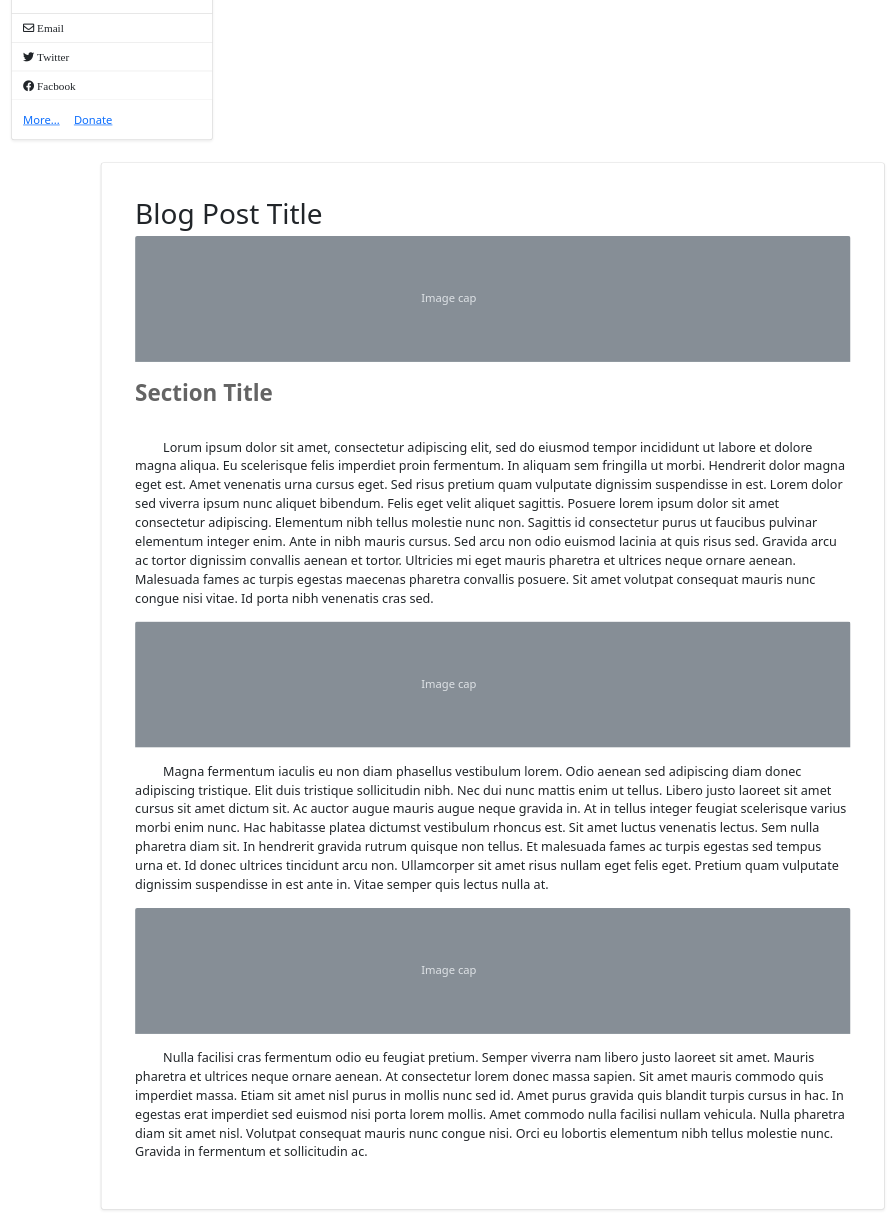
Repository: LublubXT/Azi-Tec-Team
Page: views/templates/blogs/personalblog/home.html
The author's editor kept a copy of each file at every save. The page is drawn from the files as they stood at one save, then again after a run of saves.
The browser window is 1280 px wide. The pictures show the part of the page from y = 1250 to 3170 px (the page is 2994 px tall before and 3170 px after), at 70% of full size.

Above is the page before, as saved 2021-03-11 09:28:16.

### views/templates/blogs/personalblog/home.html
<!DOCTYPE html>
<html lang="en">

    <head>
        <meta charset="UTF-8">
        <meta http-equiv="X-UA-Compatible" content="IE=edge">
        <meta name="viewport" content="width=device-width, initial-scale=1.0">

        <!-- import style sheet file -->
        <link rel="stylesheet" href="css/style.css">
        <link rel="stylesheet" href="css/bootstrap.min.css">
        <link rel="stylesheet" href="fontawesome/css/all.css">


        <title>My Blog</title>
    </head>

    <body>
        <div class="header imgDiv">
            <nav class="navbar navbar-expand-lg navbar-light fixed-top shadow-sm"
                style="background-color: transparent;">
                <div class="container-fluid">
                    <a class="navbar-brand" href="#">My Blog</a>
                    <button class="navbar-toggler" type="button" data-bs-toggle="collapse"
                        data-bs-target="#navbarNavAltMarkup" aria-controls="navbarNavAltMarkup" aria-expanded="false"
                        aria-label="Toggle navigation">
                        <span class="navbar-toggler-icon"></span>
                    </button>
                    <div class="collapse navbar-collapse float-end" id="navbarNavAltMarkup">
                        <div class="navbar-nav float-end">
                            <a class="nav-link active" aria-current="page" href="#">Home</a>
                            <a class="nav-link" href="#">Posts</a>
                            <a class="nav-link" href="#">Donate</a>
                        </div>
                    </div>
                </div>
            </nav>
            <p class="card-text position-absolute top-50 end-50 text-light">Image
                cap</p>
        </div>

        <div style="width: 100%;">

            <div class="card mx-3 my-3 shadow-sm" style="width: 18rem;">
                <svg class="bd-placeholder-img card-img-top" width="100%" height="180"
                    xmlns="http://www.w3.org/2000/svg" role="img" aria-label="Placeholder: Image cap"
                    preserveAspectRatio="xMidYMid slice" focusable="true">
                    <title>Placeholder</title>
                    <rect width="100%" height="100%" fill="#868e96"></rect><text x="40%" y="50%" fill="#dee2e6"
                        dy=".3em">Image
                        cap</text>
                </svg>
                <div class="card-body">
                    <h5 class="card-title">About me</h5>
                    <p class="card-text">Lorem ipsum dolor sit amet, consectetur adipiscing elit, sed do eiusmod tempor
                        incididunt ut labore et dolore magna
                        aliqua. Euismod elementum nisi quis eleifend quam adipiscing vitae proin. Quis enim lobortis
                        scelerisque fermentum.
                        Dignissim diam quis enim lobortis scelerisque fermentum. Id interdum velit laoreet id donec
                        ultrices tincidunt arcu non.</p>
                </div>
                <ul class="list-group list-group-flush">
                    <li class="list-group-item"><i class="far fa-envelope"> Email</i></li>
                    <li class="list-group-item"><i class="fab fa-twitter"> Twitter</i></li>
                    <li class="list-group-item"><i class="fab fa-facebook"> Facbook</i></li>
                </ul>
                <div class="card-body">
                    <a href="#" class="card-link">More...</a>
                    <a href="#" class="card-link">Donate</a>
                </div>
            </div>
            <div class="card mx-3 my-3 float-end shadow-sm p-5" style="width: 70rem; height: auto;">
                <h1>Blog Post Title</h1>
                <svg class="bd-placeholder-img card-img-top" width="100%" height="180"
                    xmlns="http://www.w3.org/2000/svg" role="img" aria-label="Placeholder: Image cap"
                    preserveAspectRatio="xMidYMid slice" focusable="true">
                    <title>Placeholder</title>
                    <rect width="100%" height="100%" fill="#868e96"></rect><text x="40%" y="50%" fill="#dee2e6"
                        dy=".3em">Image
                        cap</text>
                </svg>
                <p class="main_title">Section Title</p>
                <p class="text-dark main_p"><span class="tab"></span> Lorum ipsum dolor sit amet, consectetur adipiscing
                    elit,
                    sed do eiusmod
                    tempor
                    incididunt ut labore et dolore magna
                    aliqua. Eu scelerisque felis imperdiet proin fermentum. In aliquam sem fringilla ut morbi. Hendrerit
                    dolor magna eget
                    est. Amet venenatis urna cursus eget. Sed risus pretium quam vulputate dignissim suspendisse in est.
                    Lorem dolor sed
                    viverra ipsum nunc aliquet bibendum. Felis eget velit aliquet sagittis. Posuere lorem ipsum dolor
                    sit amet consectetur
                    adipiscing. Elementum nibh tellus molestie nunc non. Sagittis id consectetur purus ut faucibus
                    pulvinar elementum
                    integer enim. Ante in nibh mauris cursus. Sed arcu non odio euismod lacinia at quis risus sed.
                    Gravida arcu ac tortor
                    dignissim convallis aenean et tortor. Ultricies mi eget mauris pharetra et ultrices neque ornare
                    aenean. Malesuada fames
                    ac turpis egestas maecenas pharetra convallis posuere. Sit amet volutpat consequat mauris nunc
                    congue nisi vitae. Id
                    porta nibh venenatis cras sed.
                </p>
                <svg class="bd-placeholder-img card-img-top" width="100%" height="180"
                    xmlns="http://www.w3.org/2000/svg" role="img" aria-label="Placeholder: Image cap"
                    preserveAspectRatio="xMidYMid slice" focusable="true">
                    <title>Placeholder</title>
                    <rect width="100%" height="100%" fill="#868e96"></rect><text x="40%" y="50%" fill="#dee2e6"
                        dy=".3em">Image
                        cap</text>
                </svg>
                <p class="text-dark main_p"><span class="tab"></span>
                    Magna fermentum iaculis eu non diam phasellus vestibulum lorem. Odio aenean sed adipiscing diam
                    donec adipiscing
                    tristique. Elit duis tristique sollicitudin nibh. Nec dui nunc mattis enim ut tellus. Libero justo
                    laoreet sit amet
                    cursus sit amet dictum sit. Ac auctor augue mauris augue neque gravida in. At in tellus integer
                    feugiat scelerisque
                    varius morbi enim nunc. Hac habitasse platea dictumst vestibulum rhoncus est. Sit amet luctus
                    venenatis lectus. Sem
                    nulla pharetra diam sit. In hendrerit gravida rutrum quisque non tellus. Et malesuada fames ac
                    turpis egestas sed tempus
                    urna et. Id donec ultrices tincidunt arcu non. Ullamcorper sit amet risus nullam eget felis eget.
                    Pretium quam vulputate
                    dignissim suspendisse in est ante in. Vitae semper quis lectus nulla at.
                </p>
                <svg class="bd-placeholder-img card-img-top" width="100%" height="180" xmlns="http://www.w3.org/2000/svg" role="img"
                    aria-label="Placeholder: Image cap" preserveAspectRatio="xMidYMid slice" focusable="true">
                    <title>Placeholder</title>
                    <rect width="100%" height="100%" fill="#868e96"></rect><text x="40%" y="50%" fill="#dee2e6" dy=".3em">Image
                        cap</text>
                </svg>
                <p class="text-dark main_p"><span class="tab"></span>
                    Nulla facilisi cras fermentum odio eu feugiat pretium. Semper viverra nam libero justo laoreet sit
                    amet. Mauris pharetra
                    et ultrices neque ornare aenean. At consectetur lorem donec massa sapien. Sit amet mauris commodo
                    quis imperdiet massa.
                    Etiam sit amet nisl purus in mollis nunc sed id. Amet purus gravida quis blandit turpis cursus in
                    hac. In egestas erat
                    imperdiet sed euismod nisi porta lorem mollis. Amet commodo nulla facilisi nullam vehicula. Nulla
                    pharetra diam sit amet
                    nisl. Volutpat consequat mauris nunc congue nisi. Orci eu lobortis elementum nibh tellus molestie
                    nunc. Gravida in
                    fermentum et sollicitudin ac.
                </p>

            </div>
        </div>

    </body>

</html>

### views/templates/blogs/personalblog/css/style.css
body {
    margin: 0px;
    padding: 0px;
}

.header {
    max-width: 100%;
    height: 45rem;
}

.imgDiv {
    background-color: #868e96;
}


.navbar {
    background-color: transparent;
    max-width: 100%;
    height: 50px;
    color: white;
    z-index: 3;
    position: sticky;
    top: 0px;
    left: 0px;
}

.mainlink {
    color: white;
    font-family: 'Courier New', Courier, monospace;
    font-weight: bolder;
    background: transparent;
    font-size: xx-large;
    text-decoration: none;
    float: left;
    margin: 10px;
}

.link {
    color: white;
    font-family: 'Courier New', Courier, monospace;
    font-weight: bolder;
    background: transparent;
    font-size: large;
    float: right;
    margin: 10px;
    margin-left: 10px;
    text-decoration: none;
}

.main_p {
    color: rgb(100, 100, 100);
    font-size: large;
    font-weight: 400;
    margin-top: 20px;
    margin-bottom: 20px;
}

.tab {
    margin-left: 40px;
}

.main_title {
    color: rgb(100, 100, 100);
    font-size: xx-large;
    font-weight: bold;
    margin-top: 20px;
    margin-bottom: 20px;
}

Loaded but not shown: views/templates/blogs/personalblog/css/bootstrap.min.css (library); views/templates/blogs/personalblog/fontawesome/css/all.css (library)

After the next 2 saves:
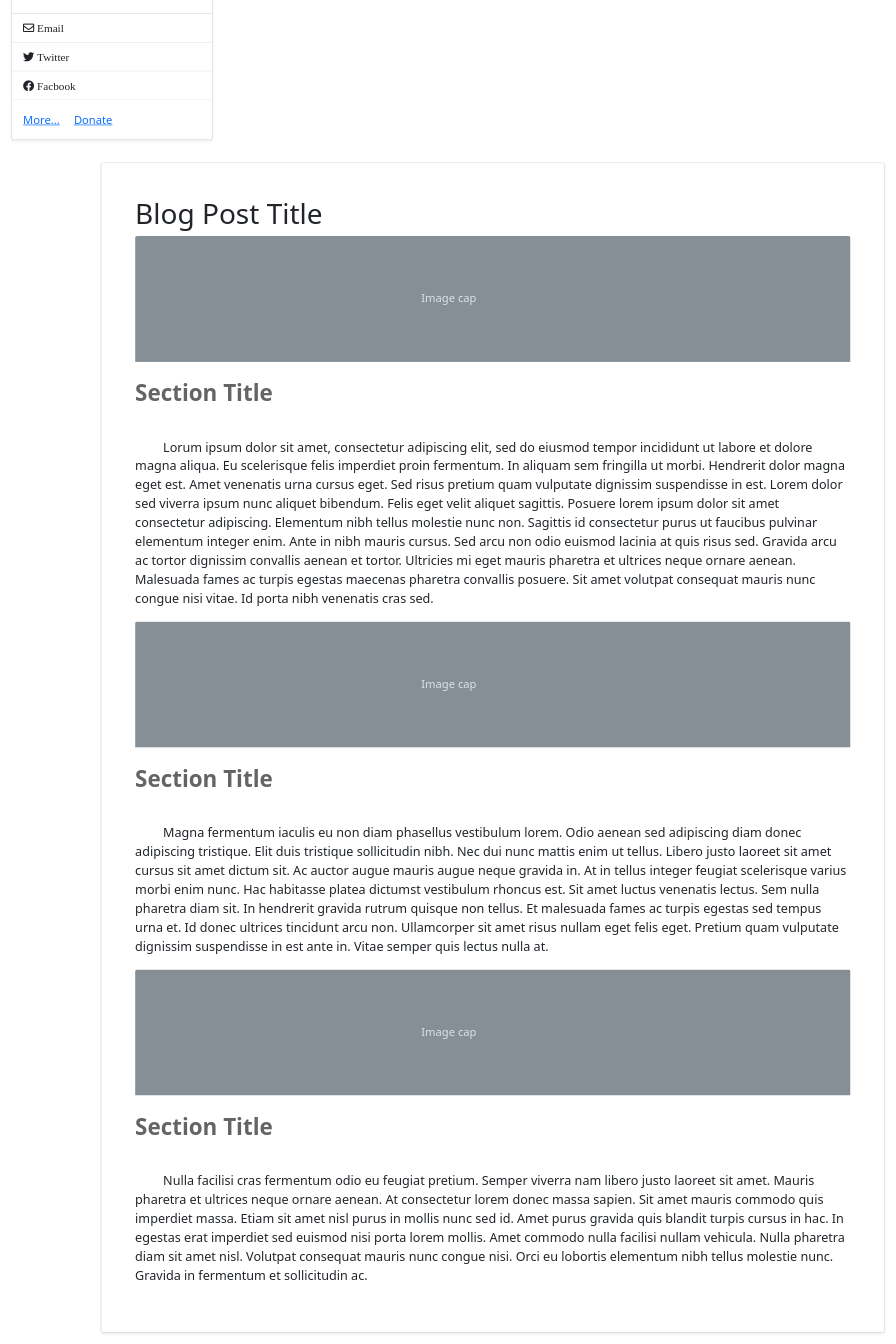
The 2 saves are shown as one change because they came seconds apart.
The last was saved 10 s later.
--- a/views/templates/blogs/personalblog/home.html
+++ b/views/templates/blogs/personalblog/home.html
@@ -109,6 +109,7 @@
                         dy=".3em">Image
                         cap</text>
                 </svg>
+                <p class="main_title">Section Title</p>
                 <p class="text-dark main_p"><span class="tab"></span>
                     Magna fermentum iaculis eu non diam phasellus vestibulum lorem. Odio aenean sed adipiscing diam
                     donec adipiscing
@@ -124,12 +125,15 @@
                     Pretium quam vulputate
                     dignissim suspendisse in est ante in. Vitae semper quis lectus nulla at.
                 </p>
-                <svg class="bd-placeholder-img card-img-top" width="100%" height="180" xmlns="http://www.w3.org/2000/svg" role="img"
-                    aria-label="Placeholder: Image cap" preserveAspectRatio="xMidYMid slice" focusable="true">
+                <svg class="bd-placeholder-img card-img-top" width="100%" height="180"
+                    xmlns="http://www.w3.org/2000/svg" role="img" aria-label="Placeholder: Image cap"
+                    preserveAspectRatio="xMidYMid slice" focusable="true">
                     <title>Placeholder</title>
-                    <rect width="100%" height="100%" fill="#868e96"></rect><text x="40%" y="50%" fill="#dee2e6" dy=".3em">Image
+                    <rect width="100%" height="100%" fill="#868e96"></rect><text x="40%" y="50%" fill="#dee2e6"
+                        dy=".3em">Image
                         cap</text>
                 </svg>
+                <p class="main_title">Section Title</p>
                 <p class="text-dark main_p"><span class="tab"></span>
                     Nulla facilisi cras fermentum odio eu feugiat pretium. Semper viverra nam libero justo laoreet sit
                     amet. Mauris pharetra
